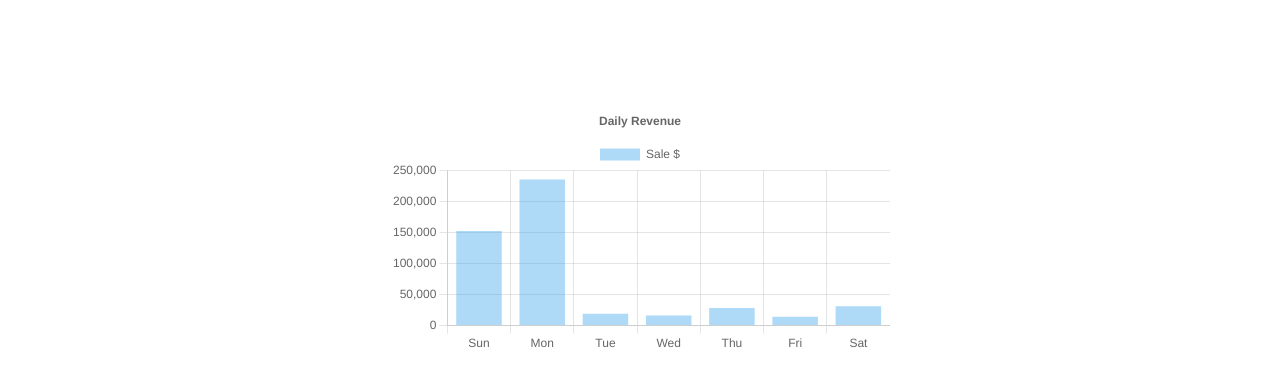
Repository: k8ANStar/exercise-5
Page: /
These files come from the project's save history. The page is drawn as it stood at one moment and after the next save; the edit follows.
The browser window is 1280 px wide. The pictures show the whole page.
The project was rebuilt for these pictures with package versions that can differ from the ones it lists, and the page was loaded fresh each time. The framework's server and built-in components were replaced by stand-ins that run in the browser. Also part of the build but not shown: next.config.mjs.

Above is the page before, as saved 2024-04-15 10:06:10.

After the next save:
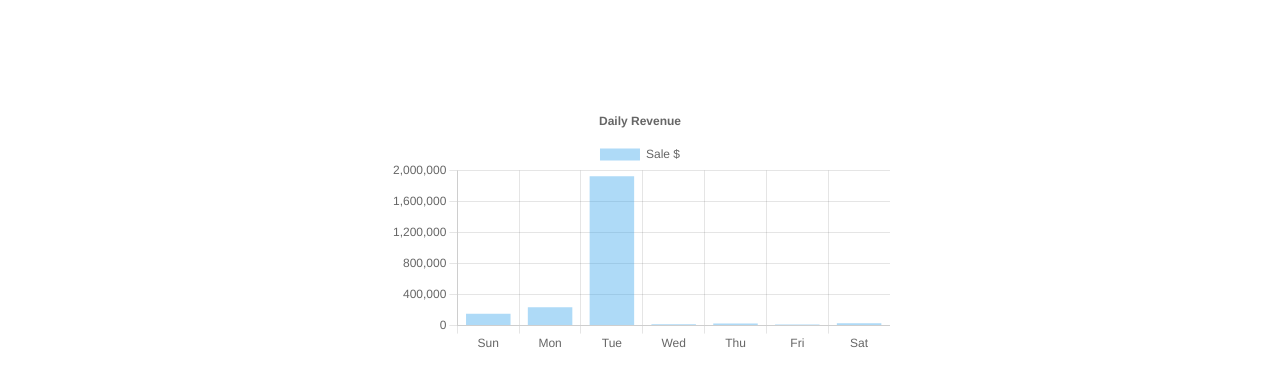
Saved 5 s later.
--- a/components/VerticalChart/index.js
+++ b/components/VerticalChart/index.js
@@ -33,7 +33,7 @@ export default function VerticalChart() {
 			datasets: [
 				{
 					label: "Sale $",
-					data: [152340, 235256, 19245, 16243, 28456, 14326, 31000],
+					data: [152340, 235256, 1924445, 16243, 28456, 14326, 31000],
 					borderColor: "rgb(53, 162, 235)",
 					backgroundColor: "rgb(53, 162, 235, 0.4)",
 				},
